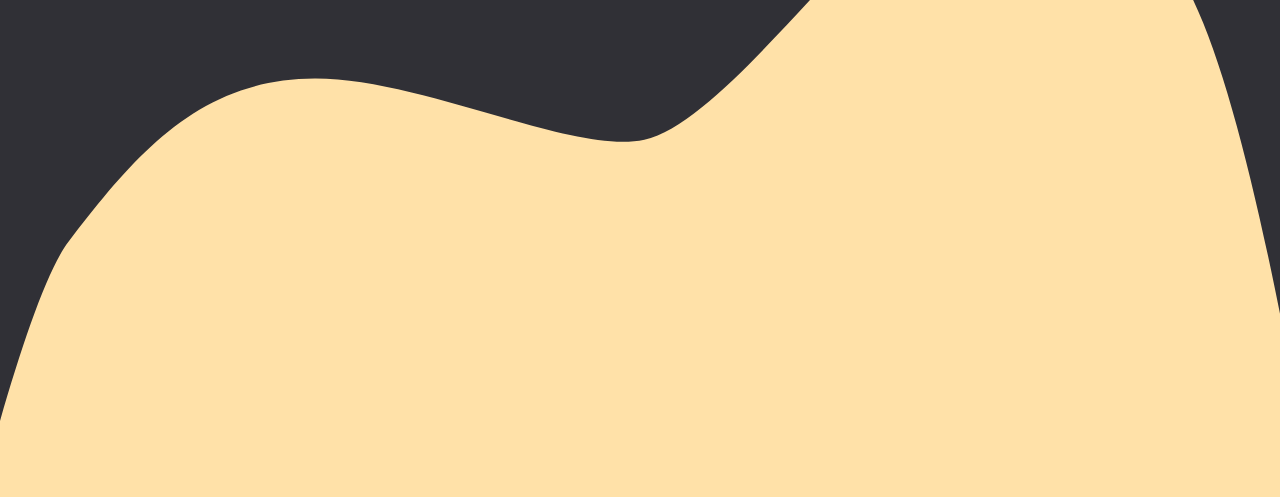
Repository: zhangolivia7/rot-recovery
Page: /
These files come from the project's save history. The page is drawn as it stood at one moment and after the next save; the edit follows.
The browser window is 1280 px wide. The pictures show the whole page.
The project was rebuilt for these pictures with package versions that can differ from the ones it lists, and the page was loaded fresh each time. The framework's server and built-in components were replaced by stand-ins that run in the browser. Also part of the build but not shown: next.config.ts.

Above is the page before, as saved 2025-03-26 14:32:38.

### src/app/layout.tsx
import type { Metadata } from "next";
import { Geist, Geist_Mono } from "next/font/google";
import "./globals.css";

const geistSans = Geist({
  variable: "--font-geist-sans",
  subsets: ["latin"],
});

const geistMono = Geist_Mono({
  variable: "--font-geist-mono",
  subsets: ["latin"],
});

export const metadata: Metadata = {
  title: "Rot Recovery",
  description: "it's comeback time.",
};

export default function RootLayout({
  children,
}: Readonly<{
  children: React.ReactNode;
}>) {
  return (
    <html lang="en">
      <body
        className={`${geistSans.variable} ${geistMono.variable} antialiased`}
      >
        {children}
      </body>
    </html>
  );
}

### src/app/page.tsx
'use client'
import { SetStateAction, useState } from "react";

export default function Home() {
  const [name, setName] = useState("");
  const [tasks, setTasks] = useState<{ id: number; text: string }[]>([]);
  const [timeframe, setTimeframe] = useState("");
  const [newTask, setNewTask] = useState("");
  const [schedule, setSchedule] = useState<string>(""); //store groqAPI response
  const [loading, setLoading] = useState<boolean>(false);

  // Update name
  const updateName = (e: React.ChangeEvent<HTMLInputElement>) => {
    setName(e.target.value);
    console.log(name);
  };

  // Update task text
  const updateTaskText = (id: number, text: string) => {
    setTasks(tasks.map(task => (task.id === id ? { ...task, text } : task)));
  };

  // Delete a task
  const deleteTask = (id: number) => {
    setTasks(tasks.filter(task => task.id !== id));
  };

  // Add new task when Enter is pressed
  const handleKeyDown = (e: React.KeyboardEvent<HTMLInputElement>) => {
    if (e.key === "Enter" && newTask.trim() !== "") {
      setTasks([...tasks, { id: Date.now(), text: newTask }]);
      setNewTask("");
    }
  };

  // Send tasks and timeframe to ChatGPT API and update schedule
  const handleSubmit = async () => {
    if (tasks.length === 0 || timeframe.trim() === "") {
      alert("Please enter tasks and a timeframe.");
      return;
    }

    setLoading(true); // Show loading state

    // Prepare message for Groq
    var prompt = "";

    if (name.toLowerCase() === "leslie") {
      prompt = `ALWAYS USE <b> IF YOU NEED TO BOLD YOUR RESPONSES!!! DO NOT USE DOUBLE ASTERICKS\nHey! You're talking to my friend ${name}, who's been bedrotting and has ${timeframe} to get back on track! Here's what ${name} has to get done':\n` +
        tasks.map((task, index) => `${index + 1}. ${task.text}`).join("\n") +
        `\n\nShe REALLY likes Hatsune Miku, so pretending you're Hatsune Miku and including Hatsune Miku references, give them a structured, realistic schedule based on the current time and amount of time they have to work in this schedule format:\n[Introduction message (make sure you introduce yourself as Hatsune Miku)]\n[00:00-##:##: <b>Task</b>, bit of encouragement and tips on how to complete the task well] and repeat this structure. Here's an example: <b>[Greeting]</b>\n\nHere's your customized schedule: \n\n<b>00:00-00:30: Finish Math Homework,</b> Leslie-chan! Take a deep breath and dive into your math problems. Focus on one question at a time, and make sure you understand each concept before moving on to the next. You got this!\n\n<b>00:30-01:15: Watch Algorithms Class Lecture.</b> Take a short break to grab a snack or stretch, and then settle in to watch your lecture. Take notes on important points, and don't hesitate to pause the video if you need to review something.\n\n<b>01:15-03:00: Study for Linear Algebra Test.</b> You're almost there, Leslie-chan! Review your notes and textbook, and try to summarize key concepts in your own words. Make flashcards or create a concept map to help you visualize the material.\n\n[Closing message with Hatsune Miku references]`;
    } else {
      prompt = `ALWAYS USE <b> IF YOU NEED TO BOLD YOUR RESPONSES!!! DO NOT USE DOUBLE ASTERICKS. Hey! You're talking to my friend ${name}, who's been bedrotting and has ${timeframe} to get back on track! Here's what ${name} has to get done':\n` +
        tasks.map((task, index) => `${index + 1}. ${task.text}`).join("\n") +
        `\n\nIn a fun, chill tone, give them a structured, realistic schedule based on the current time and amount of time they have to work in this schedule format:\n[Introduction message]\n<b>00:00-##:##: Task</b>, bit of encouragement and tips on how to complete the task well. Repeat this structure. Here's an example: <b>[Greeting]</b>\n\nHere's your customized schedule:\n\n<b>00:00-00:20: History Studying,</b> Let's get that history test prep started! Focus on reviewing your notes, making flashcards, and going over any tricky dates or events. You got this, Bob!\n\n<b>00:20-00:45: English Essay Brainstorm,</b> Time to get those creative juices flowing! Take 10-15 minutes to brainstorm ideas for your essay, then organize your thoughts into an outline. Remember, a solid outline will make the writing process so much smoother!\n\n<b>00:45-01:10: Math Homework</b>, Math homework can be a real challenge, but you're almost there! Focus on one problem at a time, and don't be afraid to take breaks if you get stuck. You've got this, Bob! You're so close to finishing!\n\n<b>01:10-02:00: Write That Essay,</b> It's time to put your thoughts into words! Take your outline and start writing that essay. Remember to stay focused, and don't worry too much about grammar or spelling at this stage. Just get your ideas down on paper!\n\n[Closing message]`;
    }

    try {
      const response = await fetch("/api/generate-schedule", {
        method: "POST",
        headers: { "Content-Type": "application/json" },
        body: JSON.stringify({ prompt }),
      });

      const data = await response.json();
      setSchedule(data.schedule); // Store response
    } catch (error) {
      console.error("Error fetching schedule:", error);
      setSchedule("Failed to generate schedule. Try again.");
    } finally {
      setLoading(false);
    }

    // Scroll to the schedule section
    document.getElementById("next-section")?.scrollIntoView({ behavior: "smooth" });
  };

  return (
    <div className={`h-screen snap-y snap-mandatory ${name.trim() === "" ? "overflow-hidden" : "overflow-y-scroll"}`}>
      {/* Section 1 */}
      <section id="sec1" className="h-screen flex justify-center items-center snap-start">
        <main className="flex flex-col gap-[32px] row-start-2 items-center sm:items-start">
          <div id="s1">
            <h1>
              hello, <input type="text" id="helloText" value={name} onChange={updateName} />
            </h1>
            <svg width="1441" height="964" viewBox="0 0 1441 964" fill="none" xmlns="http://www.w3.org/2000/svg">
              <path d="M148.646 363.552C91.0762 438.396 0 867.5 0 867.5V964H1375H1440.5V905C1401.89 678.974 1336.02 197.758 1252.35 86.2438C1144.34 -57.7212 1031.61 10.6378 952.439 62.2496C904.639 93.4101 795.141 246.205 724.357 261.701C653.573 277.197 503.312 200.592 395.08 200.592C277.106 200.592 212.53 280.5 148.646 363.552Z" fill="#FFE1A8" />
            </svg>
          </div>
        </main>
      </section>

      {name.trim() !== "" && (
        <>
          {/* Section 2 */}
          <section className="h-screen flex flex-col items-center snap-start">
            <div id="sec2" className="w-full h-full flex flex-col justify-start items-center pt-0">
              {name.toLowerCase() === "leslie" ? (
                // Special SVG for Leslie
                <svg width="724" height="509" viewBox="0 0 724 509" fill="none" xmlns="http://www.w3.org/2000/svg">
                  <path d="M495 354.5C491.4 354.5 469.167 355.833 458.5 356.5L460 359L528.5 363L525.5 359C516.833 357.5 498.6 354.5 495 354.5Z" fill="#88D0C7" />
                  <path d="M558 413L503.5 434.5L547 451L586 425L558 413Z" fill="#8A8585" />
                  <circle cx="545.624" cy="378" r="25" fill="#FFE1A8" />
                  <path d="M336.624 363C375.024 348.6 487.291 357 538.624 363L542.624 397C534.624 399.667 512.224 405.4 486.624 407C461.024 408.6 347.957 445 294.624 463C271.124 474.333 212.524 497 166.124 497C108.124 497 48.1241 453 50.1241 463C51.7241 471 30.7908 497 20.1241 509C12.7908 504.333 -1.4759 491.8 0.124102 479C1.7241 466.2 26.1241 437.667 38.1241 425L156.124 449C144.791 428.333 128.924 382.2 156.124 363C190.124 339 288.624 381 336.624 363Z" fill="#FFE1A8" />
                  <path d="M455.601 453.39C444.301 452.836 398.096 425.701 378.624 407L412.829 390.125C421.464 391.114 453.014 384.686 455.601 396.594C458.836 411.478 493.917 434.314 524.131 436.079C554.345 437.844 558.339 448.801 544.659 456.342C530.98 463.883 469.726 454.083 455.601 453.39Z" fill="#FFE1A8" />
                  <path d="M529 359C505.167 359.167 455.8 360.1 449 362.5C440.5 365.5 408.5 380.5 403 386.5C397.5 392.5 387.5 398 385.5 406C383.9 412.4 384.833 415.333 385.5 416C381.167 412.5 372.8 404.1 374 398.5C375.423 391.858 379.997 387.017 382.597 386.539C380.62 386.631 375.704 386.944 375 388C374.2 389.2 373.333 390.833 373 391.5C373.167 386.667 374.9 376.1 380.5 372.5C387.5 368 403.5 358.5 417 357C430.5 355.5 463 353 473.5 353C484 353 521.5 357 524 357C526 357 528.167 358.333 529 359Z" fill="#88D0C7" />
                  <path d="M550 371.5C553.2 374.3 558.667 374.667 561 374.5L554 369.5L541 362H550C548 361 543 359 539 359C535 359 529.167 360.5 526.5 361.5C525.667 360.5 523.5 359 525.5 359C528 359 534.5 352.5 541 351.5C547.5 350.5 557 353 561 355C564.2 356.6 567.167 361 567.5 364C568.333 364.5 569 368.3 571 371.5C573.5 375.5 567 396 566 397C565 398 547.5 406.5 544 406.5C540.5 406.5 436.5 434 411 446C385.5 458 297 481.5 291.5 481C287.1 480.6 276.333 476.5 271.5 474.5C275.667 475.5 284.7 476.7 287.5 473.5C290.3 470.3 305.667 466.167 313 464.5H301C295 464.5 287.167 470.5 284 473.5C285.5 471 289.1 465.7 291.5 464.5C293.9 463.3 303.833 457.667 308.5 455C312 454.833 320.8 453.6 328 450C337 445.5 433 410.5 454.5 406.5C471.7 403.3 512.333 398.833 530.5 397C535 398.5 545.2 401.5 550 401.5C553.076 401.5 557.203 399.266 560.091 397.493C558.356 397.618 556.601 396.675 554 397C550.8 397.4 544 391.167 541 388H550C554.8 388 559.333 385.667 561 384.5C558.167 383.333 552 380.6 550 379C548 377.4 545.167 368.333 544 364C544.667 365.333 546.8 368.7 550 371.5Z" fill="#88D0C7" />
                  <path d="M724 -9L586 425L558 413L507.5 433L3 -9H724Z" fill="#F8F2EC" fill-opacity="0.5" />
                  <path d="M531.5 350L529 360.5L526 362L527.5 348L531.5 350Z" fill="#9C4066" />
                  <path d="M543 411.5L530 397.5V397L525.5 397.5L535 408.5L531 409.5L534 411.5H543Z" fill="#9C4066" />
                </svg>
              ) : (
                // Default SVG
                <svg width="724" height="509" viewBox="0 0 724 509" fill="none" xmlns="http://www.w3.org/2000/svg">
                  <path d="M558 413L503.5 434.5L547 451L586 425L558 413Z" fill="#8A8585" />
                  <circle cx="545.624" cy="378" r="25" fill="#FFE1A8" />
                  <path d="M336.624 363C375.024 348.6 487.291 357 538.624 363L542.624 397C534.624 399.667 512.224 405.4 486.624 407C461.024 408.6 347.957 445 294.624 463C271.124 474.333 212.524 497 166.124 497C108.124 497 48.1241 453 50.1241 463C51.7241 471 30.7908 497 20.1241 509C12.7908 504.333 -1.4759 491.8 0.124102 479C1.7241 466.2 26.1241 437.667 38.1241 425L156.124 449C144.791 428.333 128.924 382.2 156.124 363C190.124 339 288.624 381 336.624 363Z" fill="#FFE1A8" />
                  <path d="M455.601 453.39C444.301 452.836 398.096 425.701 378.624 407L412.829 390.125C421.464 391.114 453.014 384.686 455.601 396.594C458.836 411.478 493.917 434.314 524.131 436.079C554.345 437.844 558.339 448.801 544.659 456.342C530.98 463.883 469.726 454.083 455.601 453.39Z" fill="#FFE1A8" />
                  <path d="M724 -9L586 425L558 413L507.5 433L3 -9H724Z" fill="#F8F2EC" fillOpacity="0.5" />
                </svg>
              )}
              <h1 className="text-3xl mt-4">so you've been rotting...</h1>
            </div>
          </section>

          {/* Section 3 */}
          <section className="h-screen flex flex-col items-center justify-center snap-start">
            <div id="form">
              <h1 className="text-3xl">let's get back on track, {name}</h1>

              {/* Timeframe Input */}
              <input
                className="border p-2 w-80 mt-2"
                placeholder="Timeframe (e.g., 2 hours)"
                value={timeframe}
                onChange={(e) => setTimeframe(e.target.value)}
              />

              {/* To-Do List */}
              <div className="mt-4">
                <h2 className="text-lg font-bold">Enter your tasks</h2>
                <ul className="mt-3 space-y-2">
                  {tasks.map(task => (
                    <li key={task.id} className="flex items-center space-x-2">
                      <input
                        type="text"
                        value={task.text}
                        onChange={(e) => updateTaskText(task.id, e.target.value)}
                        className="border-b focus:outline-none bg-transparent w-full"
                      />
                      <button onClick={() => deleteTask(task.id)} className="text-lg">
                        ✕
                      </button>
                    </li>
                  ))}
                </ul>
              </div>

              {/* Add Task Input */}
              <input
                className="border p-2 w-80 mt-2"
                placeholder="Add a task and hit enter"
                value={newTask}
                onChange={(e) => setNewTask(e.target.value)}
                onKeyDown={handleKeyDown}
              />

              {/* Submit Button */}
              <button
                onClick={handleSubmit}
                className="mt-4 p-2 rounded-md"
              >
                {loading ? "Generating..." : "That's It"}
              </button>
            </div>
          </section>

          {/* Next Section - Display Schedule */}
          <section id="next-section" className="h-screen flex justify-center items-center snap-start">
            <div className="text-center max-w-xl">
              <h1 className="text-3xl mb-4">your schedule</h1>
              {loading ? (
                <p className="text-lg">Generating your schedule...</p>
              ) : (
                <p className="whitespace-pre-wrap" dangerouslySetInnerHTML={{ __html: schedule || "Your schedule will appear here." }}></p>
              )}
            </div>
          </section>
        </>
      )}
    </div>
  );
}

### src/app/globals.css
@import "tailwindcss";

:root {
  --background: #303036;
  --foreground: #F8F2EC;
}

@theme inline {
  --color-background: var(--background);
  --color-foreground: var(--foreground);
  --font-sans: var(--font-geist-sans);
  --font-mono: var(--font-geist-mono);
}

@media (prefers-color-scheme: dark) {
  :root {
    --background: #303036;
    --foreground: #F8F2EC;
  }
}

html {
  scroll-behavior: smooth;
}

.h-screen {
  height: 100vh;
}

.overflow-y-scroll {
  overflow-y: scroll;
}

.snap-y {
  scroll-snap-type: y mandatory;
}

.snap-start {
  scroll-snap-align: start;
}

body {
  background: var(--background);
  color: var(--foreground);
  font-family: Arial, Helvetica, sans-serif;
}

h1 {
  font-size: 3em;
}

#helloText {
  border-bottom: 2px solid var(--background);
}

#helloText:focus {
  outline: none;
}

#sec2 {
  display: flex;
  flex-direction: column;
  gap: 30px;
}

#form {
  display: flex;
  flex-direction: column;
  margin: 10px;
}

#s1 {
  width: 100%;
}

#s1 h1 {
  position: absolute;
  margin: auto;
}

After the next save:
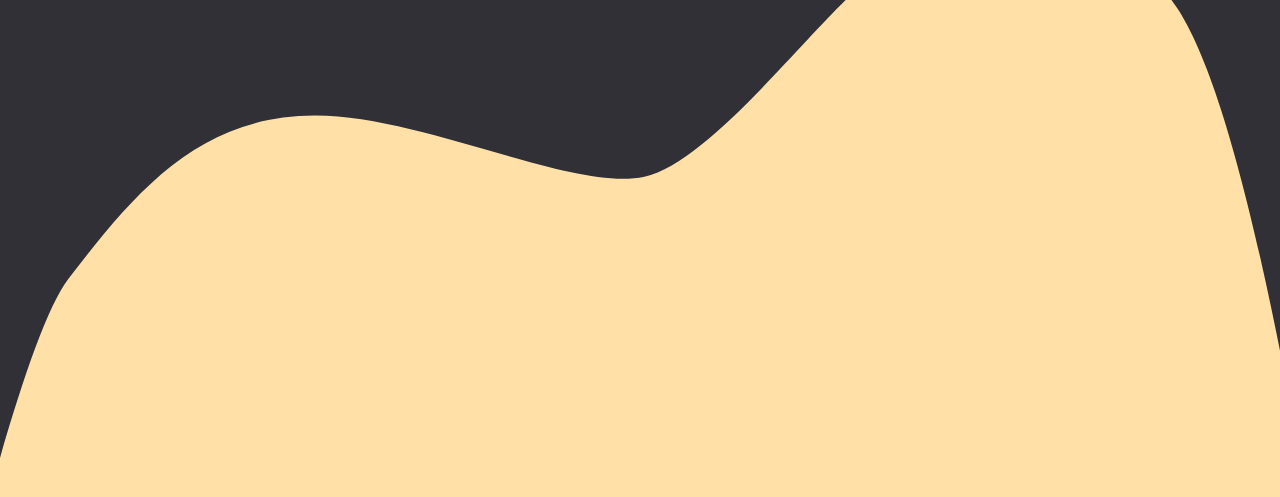
Saved 8 s later.
--- a/src/app/globals.css
+++ b/src/app/globals.css
@@ -73,7 +73,7 @@
   width: 100%;
 }
 
-#s1 h1 {
+/* #s1 h1 {
   position: absolute;
   margin: auto;
-}
+} */

After the save that followed:
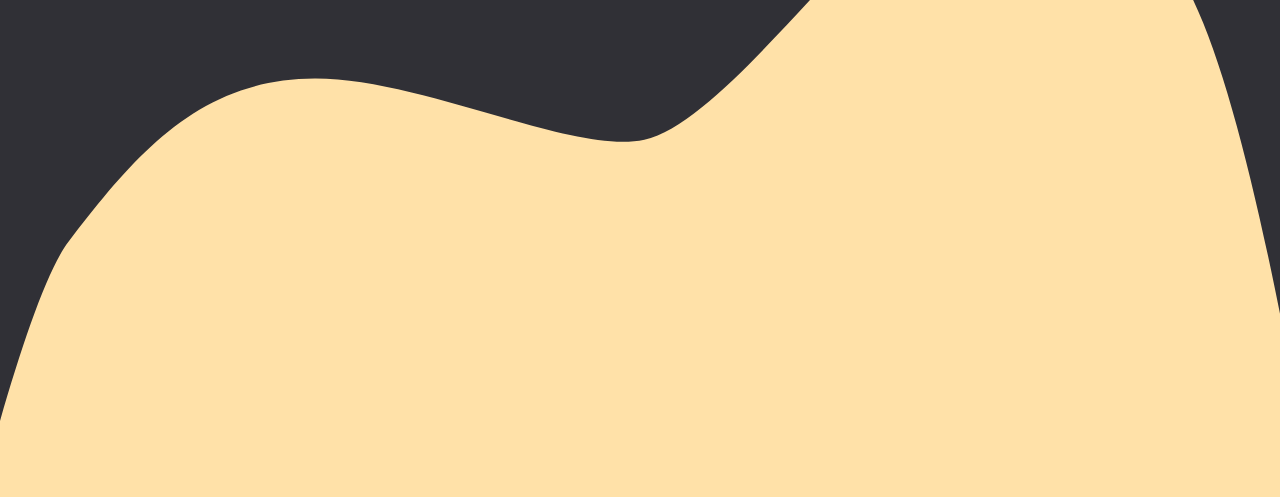
Saved 5 s later.
--- a/src/app/globals.css
+++ b/src/app/globals.css
@@ -73,7 +73,7 @@
   width: 100%;
 }
 
-/* #s1 h1 {
+#s1 h1 {
   position: absolute;
   margin: auto;
-} */
+}
